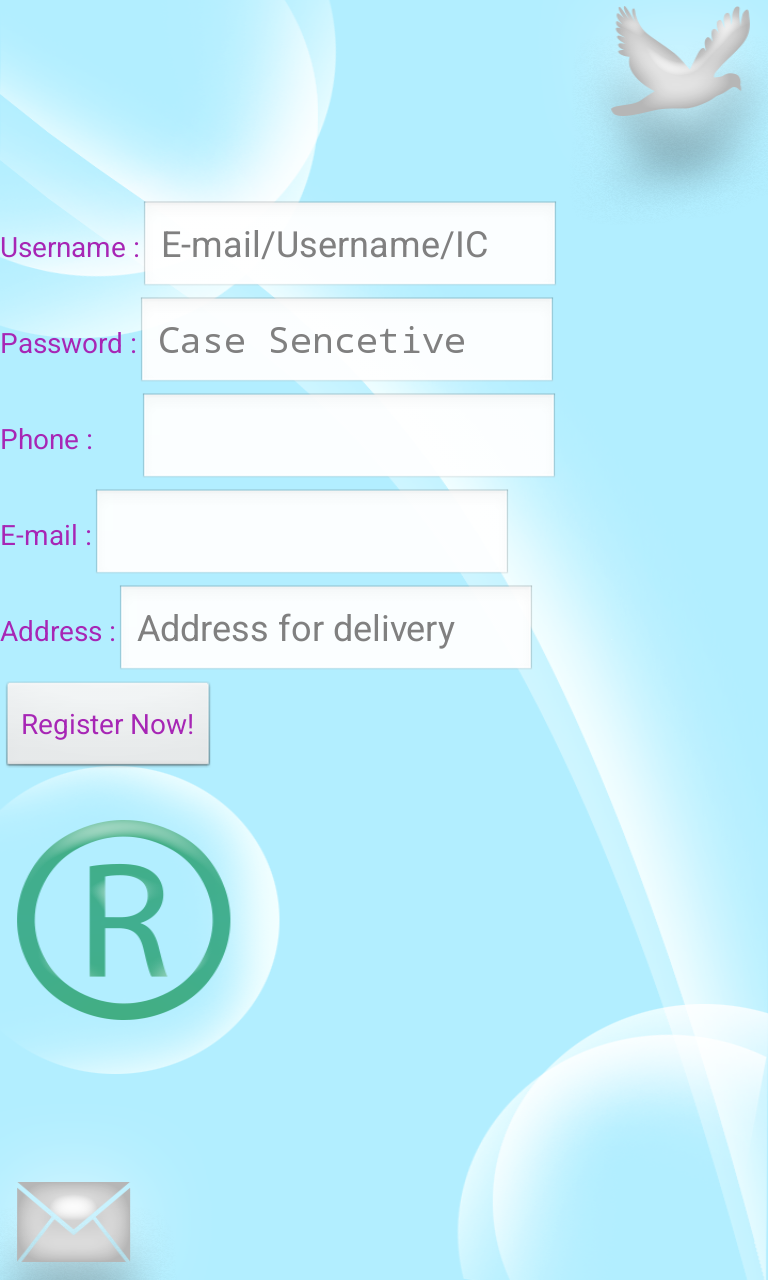
Repository: JodyCoolit/android
Layout: Delivery/res/layout/activity_signup.xml
An editor plug-in stored every save of this project. The layout is shown before and after the next save, followed by the edit.
It is drawn on a 768 x 1280 px phone screen (xhdpi) without system bars, with theme android:Theme.Light.NoTitleBar.Fullscreen; the app's code is not run.

Above is the layout before, as saved 2014-08-26 07:02:43.

After the next save:
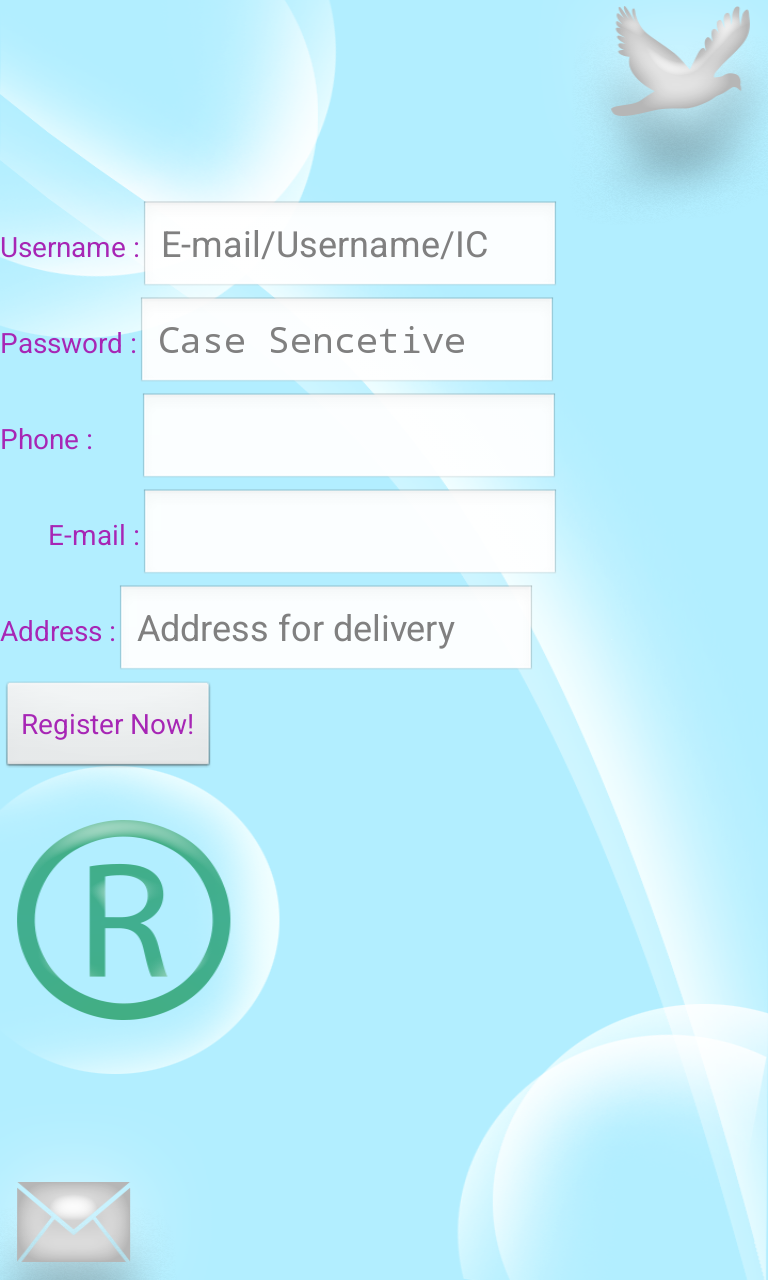
Saved 12 s later.
--- a/Delivery/res/layout/activity_signup.xml
+++ b/Delivery/res/layout/activity_signup.xml
@@ -79,6 +79,7 @@
 	    >
 		 <TextView
 		    android:id="@+id/tv_signup_email"
+		    android:layout_marginLeft="24sp"
 		    android:layout_width="wrap_content"
 		    android:layout_height="wrap_content"
 		    android:text="@string/tv_signup_email"
